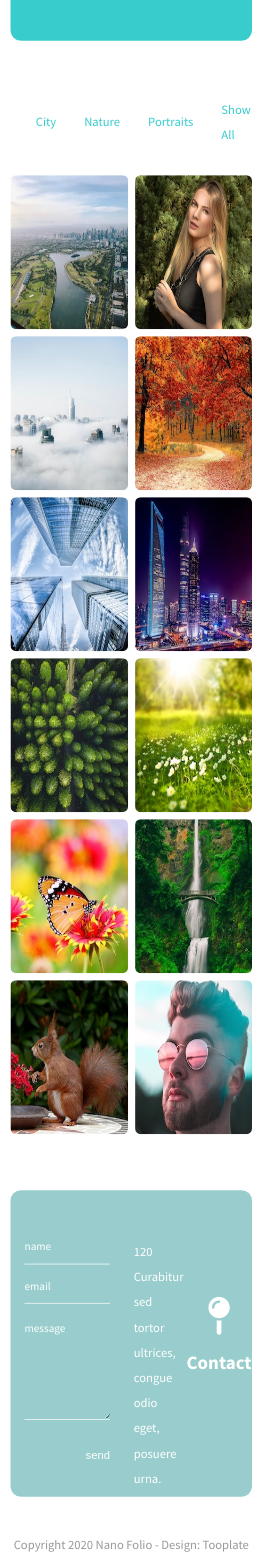
Repository: BuiVanVu102/Tooplate
Page: index.html
These files come from the project's save history. The page is drawn as it stood at one moment and after the next save; the edit follows.
The browser window is 375 px wide. The pictures show the part of the page from y = 1296 to 3536 px (the page is 3824 px tall before and 3514 px after), at 70% of full size.
Some web libraries are served in a nearby version. The style sheet was rebuilt from its Sass, Less or Tailwind sources for each picture, by a compiler version that may differ from the author's.

Above is the page before, as saved 2021-11-17 13:01:14.

### index.html
<!DOCTYPE html>
<html lang="en">
<head>
	<meta charset="UTF-8">
	<meta http-equiv="X-UA-Compatible" content="IE=edge">
	<meta name="viewport" content="width=device-width, initial-scale=1.0">
	<link rel="preconnect" href="https://fonts.googleapis.com">
	<link rel="preconnect" href="https://fonts.gstatic.com" crossorigin>
	<link href="https://fonts.googleapis.com/css2?family=Source+Sans+Pro:wght@400;700&display=swap" rel="stylesheet">
	<link rel="stylesheet" href="./css/app.css">
	<title>Nano Folio - Live View</title>
</head>
<body>
		<div class="wrapper">
			<main>
				<section class="first">
					<div class="container">
						<div class="first__container">
							<i class="fas fa-heart fa-3x"></i>
							<h1 class="first__name">Nano Folio</h1>
						</div>
					</div>
				</section>
				<section class="about">
					<div class="container">
						<div class="about__container">
							<div class="about__heading">
								<i class="fas fa-users fa-2x"></i>
								<h2 class="about__name">
									About Us
								</h2>
							</div>
							<div class="about__desc">
								<p class="about__typography1">
									Nano Folio is simple HTML template with a minimal very light-weight custom CSS file. Max content width is 940 pixels. You can easily change the width or any part in this template. Gallery comes with a pop-up image and simple categories.
								</p>
								<p class="about__typography2">
									Please support Tooplate website by telling your friends about it. That is going to be very helpful for us. Feel free to <a rel="nofollow" href="https://www.tooplate.com/contact" target="_blank" style="color: #99FF66;">message us</a>  via email or live chat if you have anything to say.
								</p>
							</div>
						</div>
					</div>
				</section>
				<section class="show">
					<div class="container">
						<div class="show__container">
							<div class="show__header">
								<ul class="menu">
									<li class="menu__item"><a href="#!">City</a></li>
									<li class="menu__item"><a href="#!">Nature</a></li>
									<li class="menu__item"><a href="#!">Portraits</a></li>
									<li class="menu__item"><a href="#!">Show All</a></li>
								</ul>
							</div>
							<div class="show__list">
								<div class="show__img">
									<img src="./images/city-1.jpg" alt="">
								</div>
								<div class="show__img">
									<img src="./images/human-1.jpg" alt="">
								</div>
								<div class="show__img">
									<img src="./images/city-2.jpg" alt="">
								</div>
								<div class="show__img">
									<img src="./images/nature-1.jpg" alt="">
								</div>
								<div class="show__img">
									<img src="./images/city-3.jpg" alt="">
								</div>
								<div class="show__img">
									<img src="./images/city-4.jpg" alt="">
								</div>
								<div class="show__img">
									<img src="./images/nature-2.jpg" alt="">
								</div>
								<div class="show__img">
									<img src="./images/nature-3.jpg" alt="">
								</div>
								<div class="show__img">
									<img src="./images/nature-4.jpg" alt="">
								</div>
								<div class="show__img">
									<img src="./images/nature-5.jpg" alt="">
								</div>
								<div class="show__img">
									<img src="./images/nature-6.jpg" alt="">
								</div>
								<div class="show__img">
									<img src="./images/human-2.jpg" alt="">
								</div>

							</div>
						</div>
					</div>
				</section>
				<section class="form">
					<div class="container">
						<div class="form__container">
							<div class="form__submit">
								<input type="text" name="" id="" placeholder="name">
								<input type="email" name="" id="" placeholder="email">
								<textarea name="" id="" cols="30" rows="10" placeholder="message"></textarea>
								<button type="submit">send</button>
							</div>
							<div class="form__info">
								<address class="form__adress">120 Curabitur sed tortor ultrices, congue odio eget, posuere urna. Praesent at rhoncus 10680</address>
								<div class="form__phone">
									Tel: <a href="tel:0100200340" class="form__phone-link">010-020-0340</a>
								</div>
								<div class="form__network">
									<a href="https://facebook.com"><i class="fab fa-facebook"></i></a>
									<a href="https://twitter.com"><i class="fab fa-twitter"></i></a>
									<a href="https://instagram.com"><i class="fab fa-instagram"></i></a>

								</div>
							</div>
							<div class="form__contact">
								<i class="fas fa-map-pin fa-3x"></i>
								<h2 class="form__contact-text">
									Contact
								</h2>
							</div>
						</div>
					</div>
				</section>
			</main>
			<footer class="footer">
				<div class="container">
					<div class="footer__container">

					Copyright 2020 Nano Folio - Design: <a rel="sponsored" href="https://www.tooplate.com" class="footer__link">Tooplate</a>
					</div>
				</div>
			</footer>
		</div>
		<script src="https://kit.fontawesome.com/33b4a28a88.js" crossorigin="anonymous"></script>
</body>
</html>

### sass/app.scss
@import 'variable';
@import 'reset';
@import 'global';
@import 'first';
@import 'about';
@import 'show';
@import 'form';
@import 'footer';

### sass/_variable.scss
$font: 'Source Sans Pro', sans-serif;
$text-color: #ffff;
$title-color: #38cccc;

### sass/_reset.scss
html {
	box-sizing: border-box;
  }
  * {
	margin: 0;
	padding: 0;
  }
  *,
  *:before,
  *:after {
	box-sizing: border-box;
  }
  input,
  textarea,
  select,
  button {
	outline: none;
  }
  input {
	line-height: normal;
  }
  label,
  button {
	cursor: pointer;
  }
  a {
	text-decoration: none;
  }
  img {
	display: block;
	max-width: 100%;
  }

### sass/_global.scss
body {
	line-height: 2em;
	color: $font;
	font-size: 18px;
	font-family: $font;
	font-weight: 400;
	background-color: white;
	overflow-x: hidden;
}

.wrapper {
	max-width: 100%;
	margin: 0 auto;
}
.container {
	width: 100%;
	max-width: 970px;
	margin: 0 auto;
	padding: 0px 15px;
}

### sass/_first.scss
.first {
	margin-top: 60px;
	&__container{
		display: flex;
		flex-direction: column;
		justify-content: center;
		align-items: center;
		border-radius: 15px;
		max-width: 940px;
		height: 470px;
		background-color: #f96699;
		color: white;
		margin-bottom: 50px;

	}
	&__name {
		margin: 22px 0;
	}
}
.fa-hear:before {
	content: "\f004";
}

### sass/_about.scss
.about {
	margin-top: 0px;
	&__container {
		display: flex;
		// justify-content: center;
		// align-items: center
		padding: 50px 50px;
		margin-bottom: 80px;

		min-height: 482px;
		max-width: 940px;
		background-color: #38cccc;
		color: white;

		border-radius: 15px;
	}
	&__heading {
		display: flex;
		flex-direction: column;
		align-items: center;
		justify-content: center;

		// min-width: 420px;
		min-width: 50%;
		// min-height:382px;
	}
	&__name {
		margin:  22px 0;
		font-size: 1.5em;
		font-weight: bold;
	}
	&__decs {
		display: block;
		min-width: 50%;
	}
	&__typography1 {
		margin: 18px 0 40px;

		margin-block-start: 1em;
		margin-block-end: 1em;
		margin-inline-start: 0px;
		margin-inline-end: 0px;
	}
	&__typography2 {
		margin: 18px 0 0;

		margin-block-start: 1em;
		margin-block-end: 1em;
		margin-inline-start: 0px;
		margin-inline-end: 0px;
	}
}
.fa-user:before {
	content: "\f0c0";
}

@media screen and (max-width: 375px) {

	.about__container {
		display: flex;
		flex-direction: column;

	}
}

### sass/_show.scss
.show {
	margin-bottom: 80px;
	&__container {
		display: block;
	}
	&__header {
		display: flex;
		justify-content: flex-end;
		align-items: center;
		margin-bottom: 40px;
		color: #38CCCC;
	}
	&__list {
		display: grid;
		grid-template-columns: repeat(4, 1fr);
		gap: 20px;

		position: relative;
	}
	&__img img{
		width: 220px;
		height: 220px;
		border-radius: 0.5rem;
	}

}

.menu {
	list-style: none;
	display: flex;
	align-items: center;
	gap:40px ;


	&__item a {
		color: inherit;
		font-size: 18px;
	}
	&__item a:focus{
		color: #f96699;
	}
}
@media screen and (max-width: 768px) {
	.show__header {
		display: flex;
		justify-content: flex-start;
	}
	.show__list {
		display: grid;
		grid-template-columns: repeat(3, 1fr);
		gap: 25px 0;

	}
	.menu {
		margin-left: 36px;
	}

}

@media screen and (max-width: 375px) {
	.show__header {
		display: flex;

	}
	.show__list {
		display: grid;
		grid-template-columns: repeat(2, 1fr);
		gap: 10px 10px;
	}
}

### sass/_form.scss
.form {
	margin-bottom: 50px;
	&__container {
		display: flex;
		justify-content: space-between;
		align-self: center;

		max-width: 940px;
		height: 438px;

		color: white;
		background-color: #99CCCC;

		padding: 50px 20px;

		border-radius: 15px;
	}
	&__submit {
		display: block;
		width: 40%;
	}
	&__submit  input{
		display: block;
		font-family: $font;
		font-size: 1rem;
		background: transparent;
		color: white;
		border: 0;
		border-bottom: 1px solid white;
		padding: 15px 0;
		margin-top: 5px;
		margin-bottom: 5px;
		width: 100%;
	}
	&__submit textarea {
		font-family: $font;
		font-size: 1rem;
		background:transparent;
		border: 0;
		border-bottom: 1px solid white;
		color: white;
		padding: 15px 0;
		margin: 5px 0 30px;
		max-width: 100%;
		max-height: 156px;
	}
	&__submit input:focus-visible {
		outline-offset: 0px;
		outline: -webkit-focus-color auto 1px;
		outline-color: -webkit-focus-ring-color;
		outline-style: auto;
		outline-width: 1px;
	}
	&__submit textarea:focus-visible {
		outline-offset: 0px;
		outline: -webkit-focus-ring-color auto 1px;
		outline-color: -webkit-focus-ring-color;
		outline-style: auto;
		outline-width: 1px;
	}
	&__submit button {
		display: block;

		background: none;
		color: white;
		font-size: 1rem;
		border: 0;
		cursor: pointer;
		transition: all 0.3s ease;

		margin-left: auto;
		margin-right: 0;
	}
	&__submit button:hover {
		color: black;
	}
	&__submit button:focus-visible {
		outline-offset: 0px;
		outline: -webkit-focus-ring-color auto 1px;
		outline-color: -webkit-focus-ring-color;
		outline-style: auto;
		outline-width: 1px;
	}
	&__info {
		display: block;

		width: 40%;
		padding: 20px 34px 0;
	}
	&__adress{
		display: block;
		margin-bottom: 30px;
		font-style: normal;
		font-size: 18px;

		max-width: 292px;
	}
	&__phone {
		display: block;
		margin-bottom: 40px;
		color: white;
		&-link {
			color: inherit;
			transition: all 0.3s ease;
		}
		&-link:hover {
			color: #38CCCC;
		}
	}
	&__network {
		display: flex;

	}
	&__network a {
		display: flex;
		justify-content: center;
		align-items: center;

		height: 40px;
		width: 40px;

		background-color: #ffff;
		margin-right: 15px;

		color: #99cccc;
		transition: all 0.3s ease;
	}
	&__network a:hover {
		color: #30ADAD;
	}
	&__contact {
		display: flex;
		flex-direction: column;
		align-items: center;
		justify-content: center;

		width: 20%;
		padding: 0 34px;
		&-text {
			display: block;
			margin: 22.4px;
			font-size: 1.5em;
			font-weight: bold;

		}
	}
}
::placeholder {
	color: white;

}

.fa-facebook:before {
	content: "\f09a";
}
.fa-twitter:before {
    content: "\f099";
}
.fa-instagram:before {
    content: "\f16d";
}
.fa-map-pin:before {
    content: "\f276";
}

### sass/_footer.scss
.footer {
	margin-bottom: 60px;
	&__container {
		display: block;
		color: #999999;
		text-align: center;
	}
	&__link {
		color:#999999;
		transition: all 0.3s ease;
	}
	&__link:hover {
		color: #38CCCC;
	}

}

After the next save:
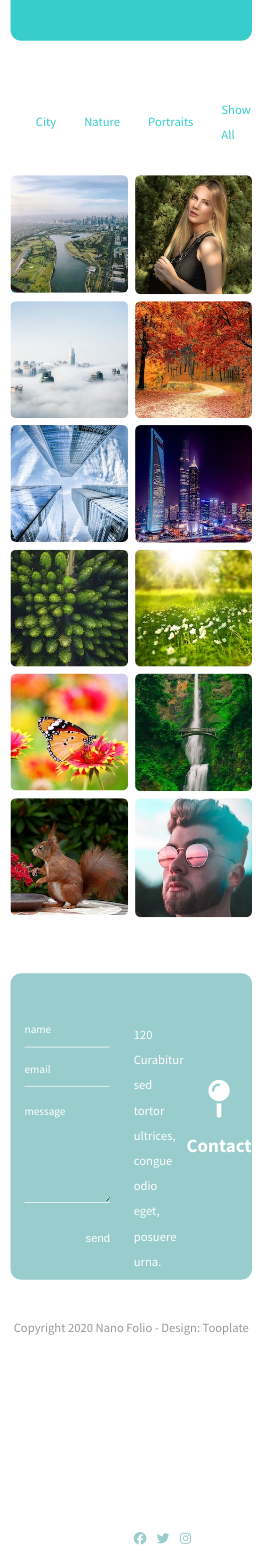
Saved 11 min 47 s later.
--- a/sass/_show.scss
+++ b/sass/_show.scss
@@ -67,4 +67,8 @@
 		grid-template-columns: repeat(2, 1fr);
 		gap: 10px 10px;
 	}
+	.show__img img{
+		width: auto;
+		height: auto;
+	}
 }
